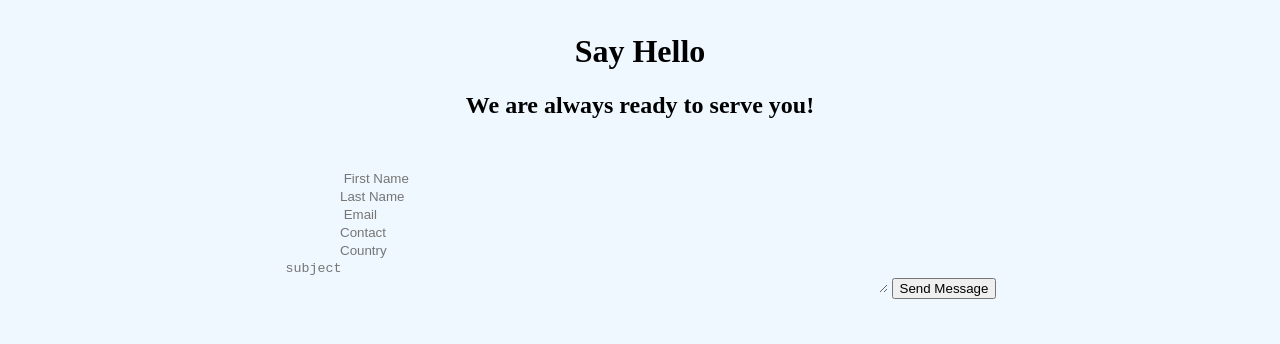
Repository: Owusuharriet/HW1-HAMAH.index.html
Page: index.htm
The author's editor kept a copy of each file at every save. The page is drawn from the files as they stood at one save, then again after the next save.
The browser window is 1280 px wide. The pictures show the whole page.

Above is the page before, as saved 2020-08-03 23:12:41.

After the next save:
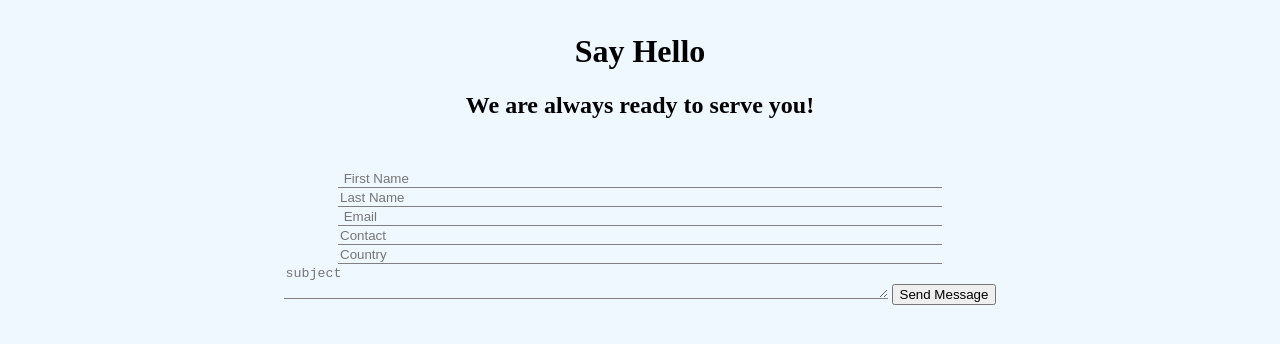
Saved 5 s later.
--- a/style.css
+++ b/style.css
@@ -34,5 +34,5 @@ form{
     background: transparent;
     border: none;
     outline: none;
-    border-bottom: 1px solid g;
+    border-bottom: 1px solid gray;
 }
